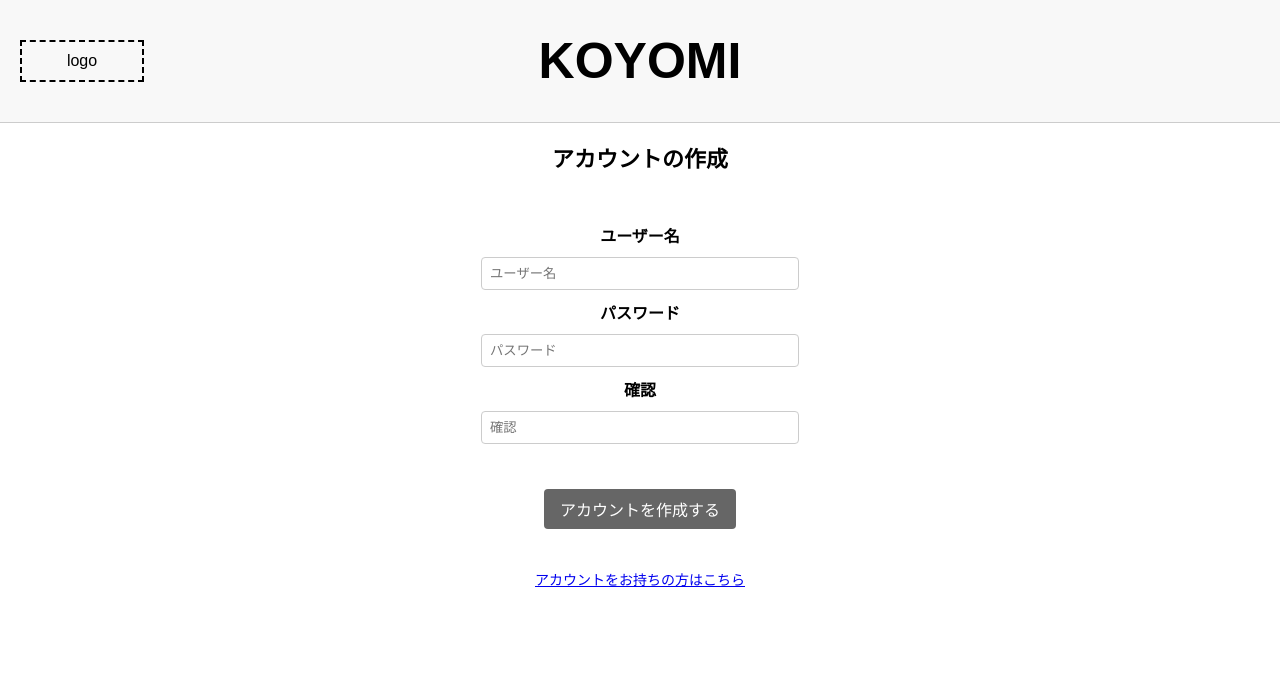
Repository: teramu0602/koyomi
Page: http://localhost/signup
These files come from the project's save history. The page is drawn as it stood at one moment and after the next save; the edit follows.
The browser window is 1280 px wide. The pictures show the whole page.
Some web fonts or font styles are not loaded; a fallback is used. The page is served by the project's Laravel application, run on PHP 8.4 with Laravel 9.

Above is the page before, as saved 2025-05-06 10:01:36.

After the next save:
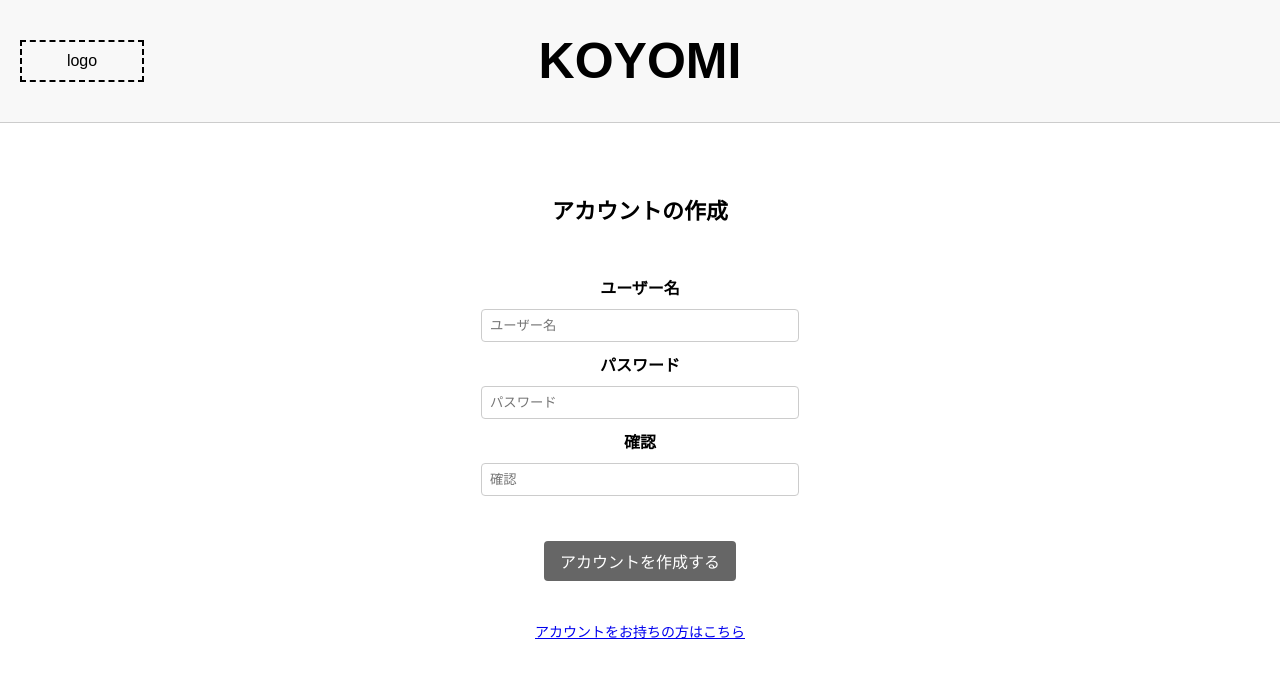
Saved 2 min 33 s later.
--- a/resources/views/admin/signup.blade.php
+++ b/resources/views/admin/signup.blade.php
@@ -2,7 +2,7 @@
 @section('title', 'sign up')
 
 @section('content')
-<h2>アカウントの作成</h2>
+<h2 style="margin-top:70px;">アカウントの作成</h2>
 <form action="{{ route('register') }}" method="POST">
     @csrf
     <label for="name">ユーザー名</label>
